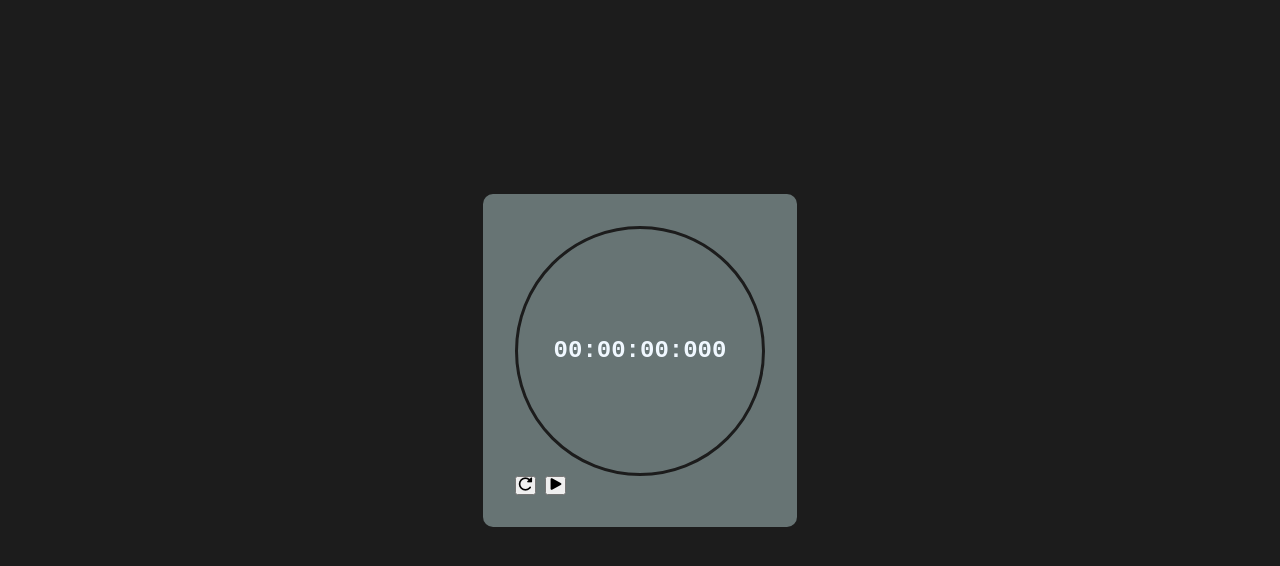
Repository: ValdemarCaculo/TEMPORIZADOR
Page: index.html
An editor plug-in stored every save of this project. The page is shown before and after the next save, followed by the edit.
The browser window is 1280 px wide. The pictures show the whole page.
Some web libraries are served in a nearby version.

Above is the page before, as saved 2025-12-06 14:30:37.

### index.html
<!DOCTYPE html>
<html lang="en">

<head>
    <meta charset="UTF-8">
    <meta name="viewport" content="width=device-width, initial-scale=1.0">
    <link rel="stylesheet" href="/CSS/style.css">
    <link rel="stylesheet" href="https://cdnjs.cloudflare.com/ajax/libs/font-awesome/7.0.1/css/all.min.css"
        integrity="sha512-2SwdPD6INVrV/lHTZbO2nodKhrnDdJK9/kg2XD1r9uGqPo1cUbujc+IYdlYdEErWNu69gVcYgdxlmVmzTWnetw=="
        crossorigin="anonymous" referrerpolicy="no-referrer" />
    <title>Temporizador</title>
</head>

<body>
    <div class="contador">

        <h2 id="time">00:00:00:000</h2>

        <div class="content">

            <button id="reset">
                <i class="fa-solid fa-rotate-right"></i>
            </button>
            <button id="inicio" action="start">
                <i class="fa-solid fa-play">
                </i></button>

        </div>
    </div>



</body>

</html>

### CSS/style.css
* {
    margin: 0;
    padding: 0;
    box-sizing: border-box;
    font-family: 'Courier New', Courier, monospace;
}

body {
    height: 100vh;
    display: flex;
    background-color: #1c1c1c;
    color: aliceblue;
    align-items: center;
    justify-content: center;


}

.contador {
    padding: 2rem;
    background-color: #677474;
      border-radius: 10px;
}

#time {
    background-color: #677474;
    width:250px;
    height: 250px;
    border: 3px solid #1c1c1c;
    padding: 1rem;
    border-radius: 50%;
    align-items: center;
    justify-content: center;
    display: flex;
}

After the next save:
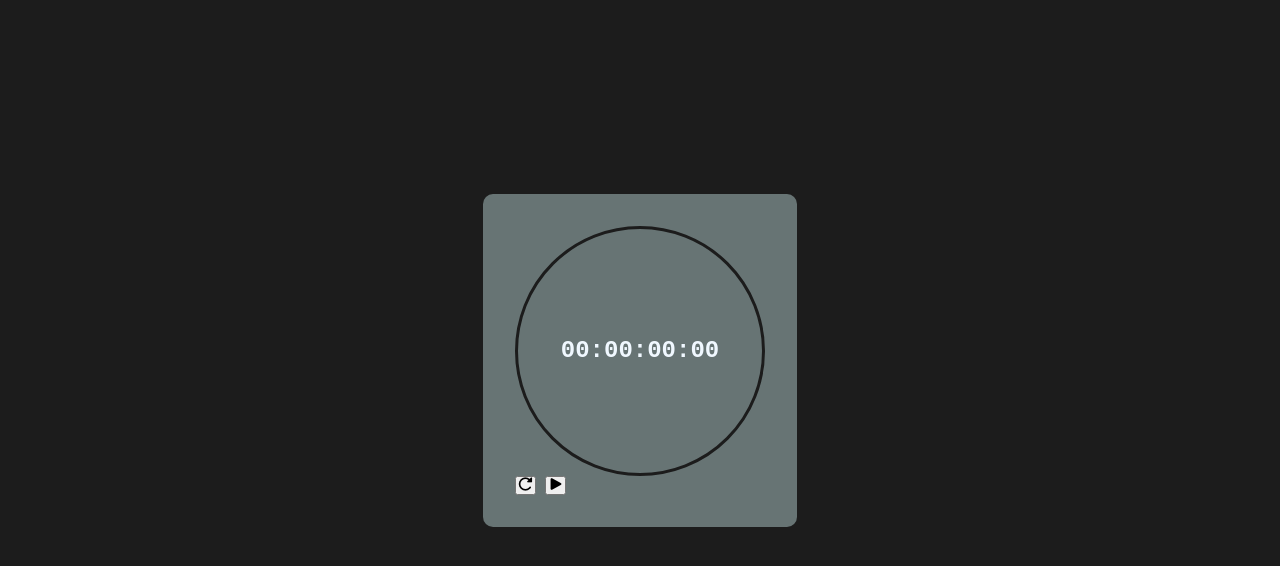
Saved 53 min 7 s later.
--- a/index.html
+++ b/index.html
@@ -14,7 +14,7 @@
 <body>
     <div class="contador">
 
-        <h2 id="time">00:00:00:000</h2>
+        <h2 id="time">00:00:00:00</h2>
 
         <div class="content">
 
